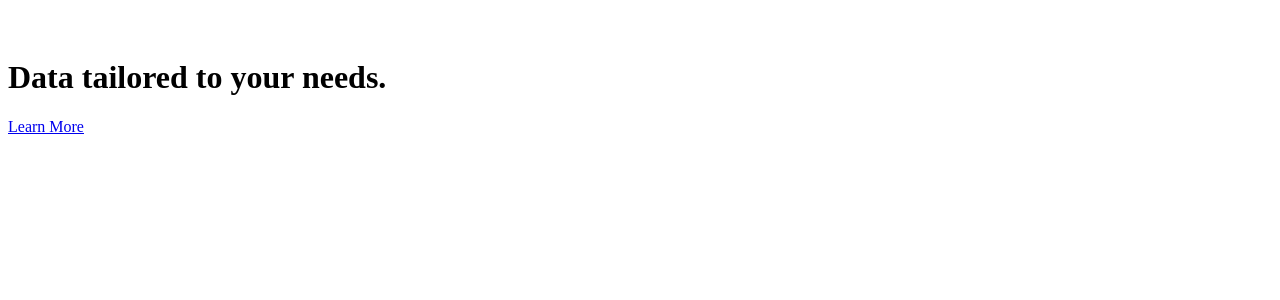
Repository: Arkitecth/landing_page
Page: starter-code/index.html
The author's editor kept a copy of each file at every save. The page is drawn from the files as they stood at one save, then again after the next save.
The browser window is 1280 px wide. The pictures show the whole page.

Above is the page before, as saved 2023-05-20 21:56:16.

After the next save:
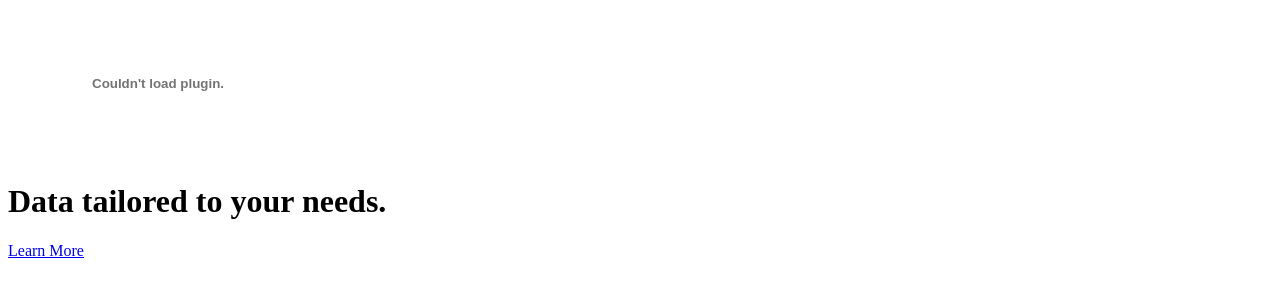
Saved 8 s later.
--- a/starter-code/index.html
+++ b/starter-code/index.html
@@ -10,7 +10,7 @@
   <header>
     <div class="container">
       <nav>
-        <object data="assets/images/logo-light.svg" type=""></object>
+        <object data="assets/images/logo-light.svg" type="image"></object>
       </nav>
       <h1>Data <span>tailored</span> to your needs.</h1>
       <a class="btn-primary"href="#">Learn More</a>
